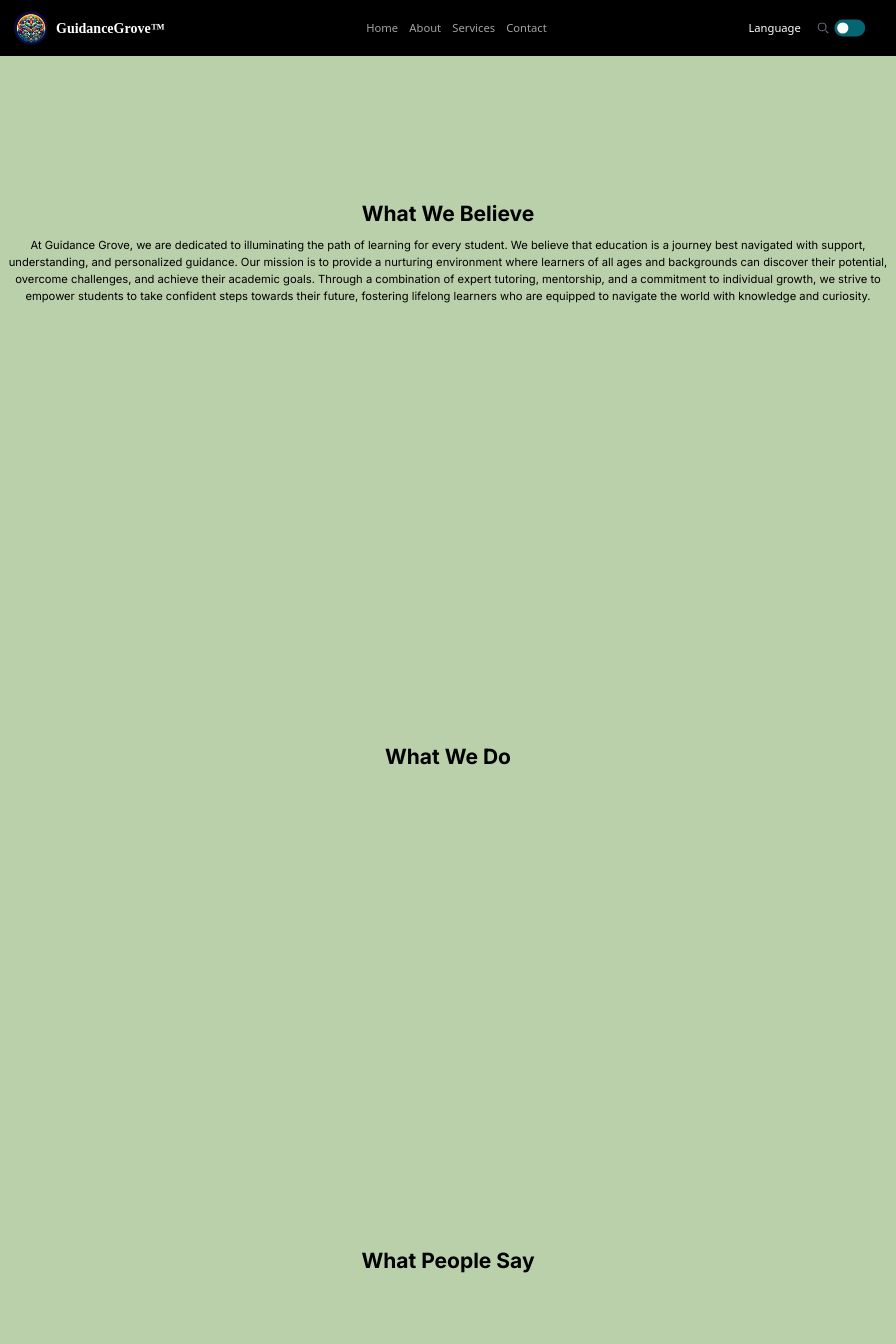
Repository: PositiveGuy/GuidanceGrove
Page: /
An editor plug-in stored every save of this project. The page is shown before and after a run of saves, followed by the edit.
The browser window is 1280 px wide. The pictures show the part of the page from y = 0 to 1920 px (the page is 3874 px tall), at 70% of full size.
The project was rebuilt for these pictures with package versions that can differ from the ones it lists, and the page was loaded fresh each time. The framework's server and built-in components were replaced by stand-ins that run in the browser. Also part of the build but not shown: next.config.js.

Above is the page before, as saved 2023-12-28 14:20:44.

After the next 2 saves:
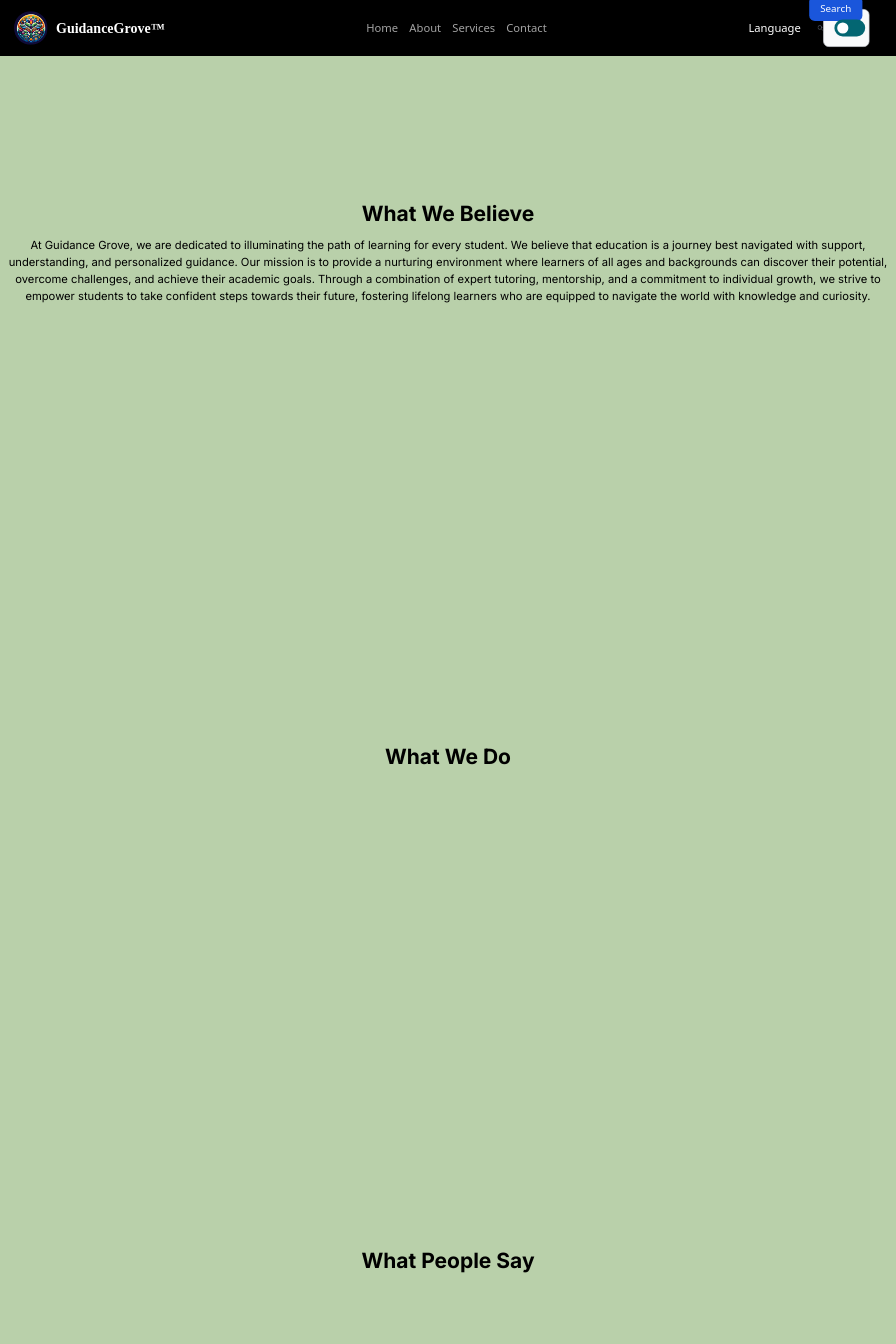
The 2 saves are shown as one change because 1 did not build or start.
The last was saved 80 s later.
--- a/src/components/SearchBar.tsx
+++ b/src/components/SearchBar.tsx
@@ -9,6 +9,14 @@ export default function SearchBar() {
                         <svg className="w-4 h-4 text-gray-500 dark:text-gray-400" aria-hidden="true" xmlns="http://www.w3.org/2000/svg" fill="none" viewBox="0 0 20 20">
                             <path stroke="currentColor" stroke-linecap="round" stroke-linejoin="round" stroke-width="2" d="m19 19-4-4m0-7A7 7 0 1 1 1 8a7 7 0 0 1 14 0Z" />
                         </svg>
+                        <input
+                            type="search"
+                            id="default-search"
+                            className="block w-full p-4 pl-10 text-sm text-gray-900 border border-gray-300 rounded-lg bg-gray-50 focus:ring-blue-500 focus:border-blue-500 dark:bg-gray-700 dark:border-gray-600 dark:placeholder-gray-400 dark:text-white dark:focus:ring-blue-500 dark:focus:border-blue-500"
+                            placeholder="Search Mockups, Logos..."
+                            required
+                        />
+                        <button type="submit" className="text-white absolute end-2.5 bottom-2.5 bg-blue-700 hover:bg-blue-800 focus:ring-4 focus:outline-none focus:ring-blue-300 font-medium rounded-lg text-sm px-4 py-2 dark:bg-blue-600 dark:hover:bg-blue-700 dark:focus:ring-blue-800">Search</button>
                     </div>
 
                 </div>
